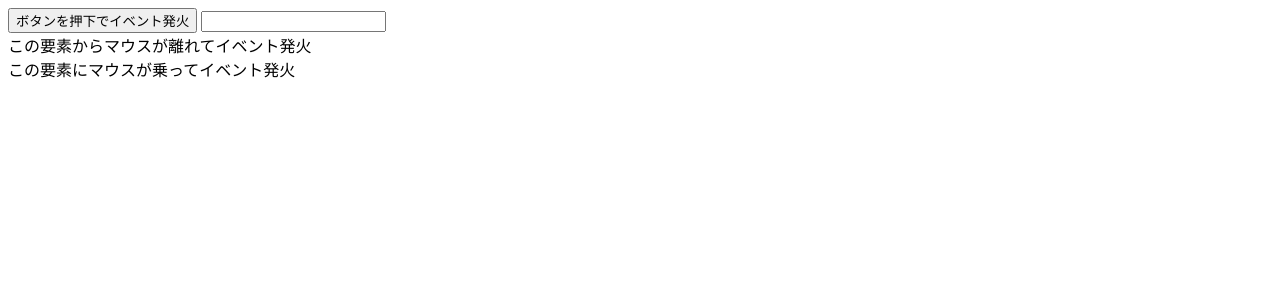
Repository: U-dias/work3
Page: java練習/java.html
The author's editor kept a record of every edit. The page is drawn from the files as they stood at one moment, then again after the next edit.
The browser window is 1280 px wide. The pictures show the whole page.

Above is the page before.

### java練習/java.html
<!doctype html>
  <head>
    <meta charset="utf-8">

  </head>
  <body>

    <script type="text/javascipt" src="java.js" charset="utf-8"></script>

    <div>
      <button class="button" onclick=eventA();>ボタンを押下でイベント発火</button>
      <input class="input" type=test oninput=eventB();placeolder="ここに文字を入力する度にイベント発火">
      <div class="block_a" onmouseout=eventC();>この要素からマウスが離れてイベント発火</div>
      <div class="block_b" onmouseover=eventD();>この要素にマウスが乗ってイベント発火</div>
    </div>
  </body>
</html>

After the next edit:
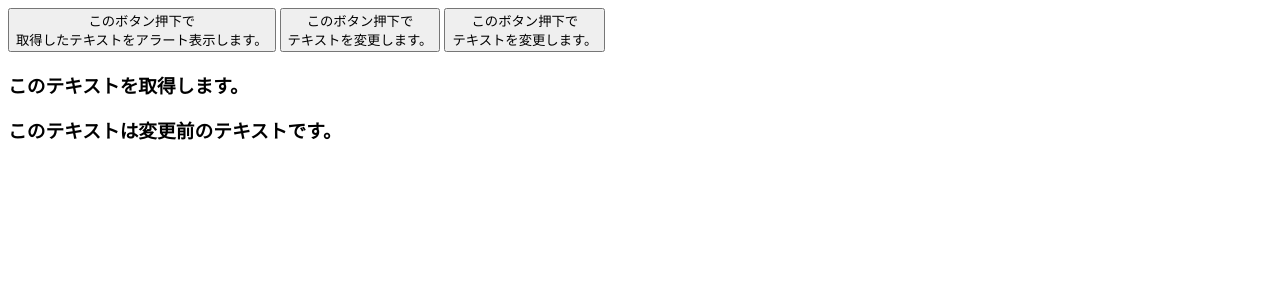
The edit:
--- a/java練習/java.html
+++ b/java練習/java.html
@@ -8,10 +8,11 @@
     <script type="text/javascipt" src="java.js" charset="utf-8"></script>
 
     <div>
-      <button class="button" onclick=eventA();>ボタンを押下でイベント発火</button>
-      <input class="input" type=test oninput=eventB();placeolder="ここに文字を入力する度にイベント発火">
-      <div class="block_a" onmouseout=eventC();>この要素からマウスが離れてイベント発火</div>
-      <div class="block_b" onmouseover=eventD();>この要素にマウスが乗ってイベント発火</div>
+      <button class="buttonA">このボタン押下で<br>取得したテキストをアラート表示します。</button>
+      <button class="buttonB">このボタン押下で<br>テキストを変更します。</button>
+      <button class="buttonC">このボタン押下で<br>テキストを変更します。</button>
+      <h3 class="target_textA">このテキストを取得します。</h3>
+      <h3 class="target_textB">このテキストは変更前のテキストです。</h3>
     </div>
   </body>
 </html>
